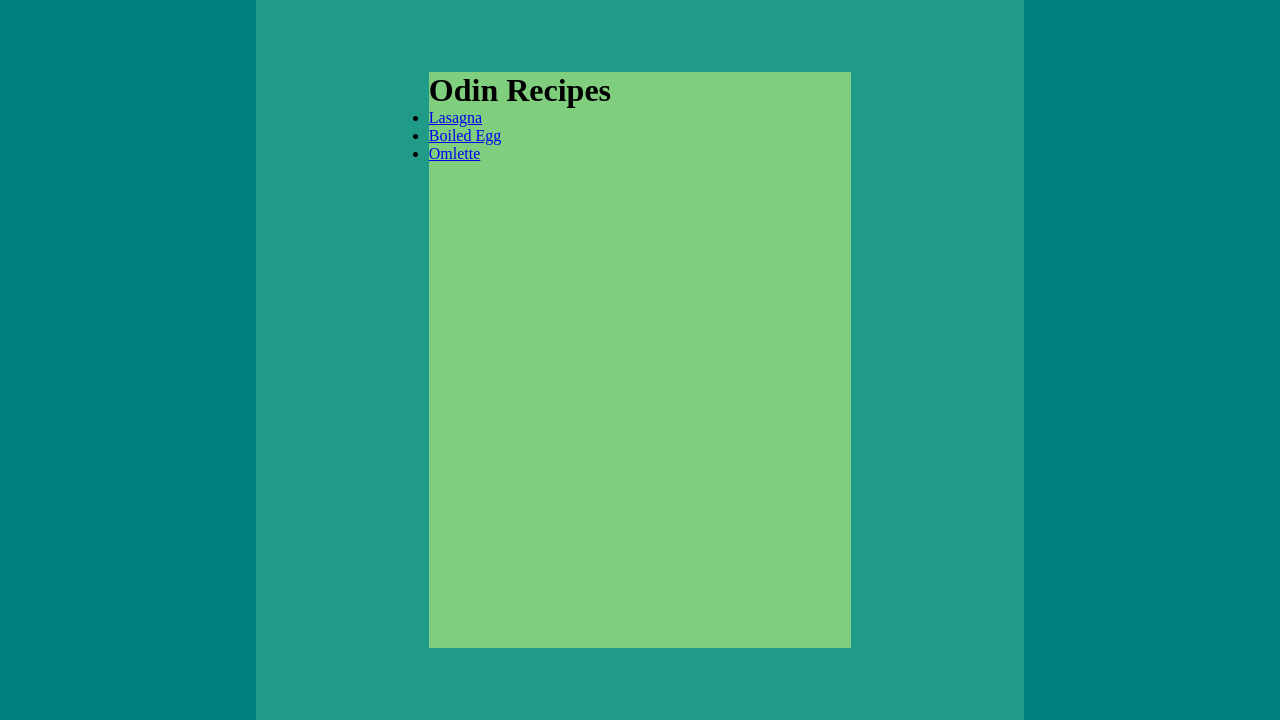
Repository: Pafestivo/odin-recipes
Page: index.html
An editor plug-in stored every save of this project. The page is shown before and after the next save, followed by the edit.
The browser window is 1280 px wide. The pictures show the whole page.

Above is the page before, as saved 2022-09-24 12:27:24.

After the next save:
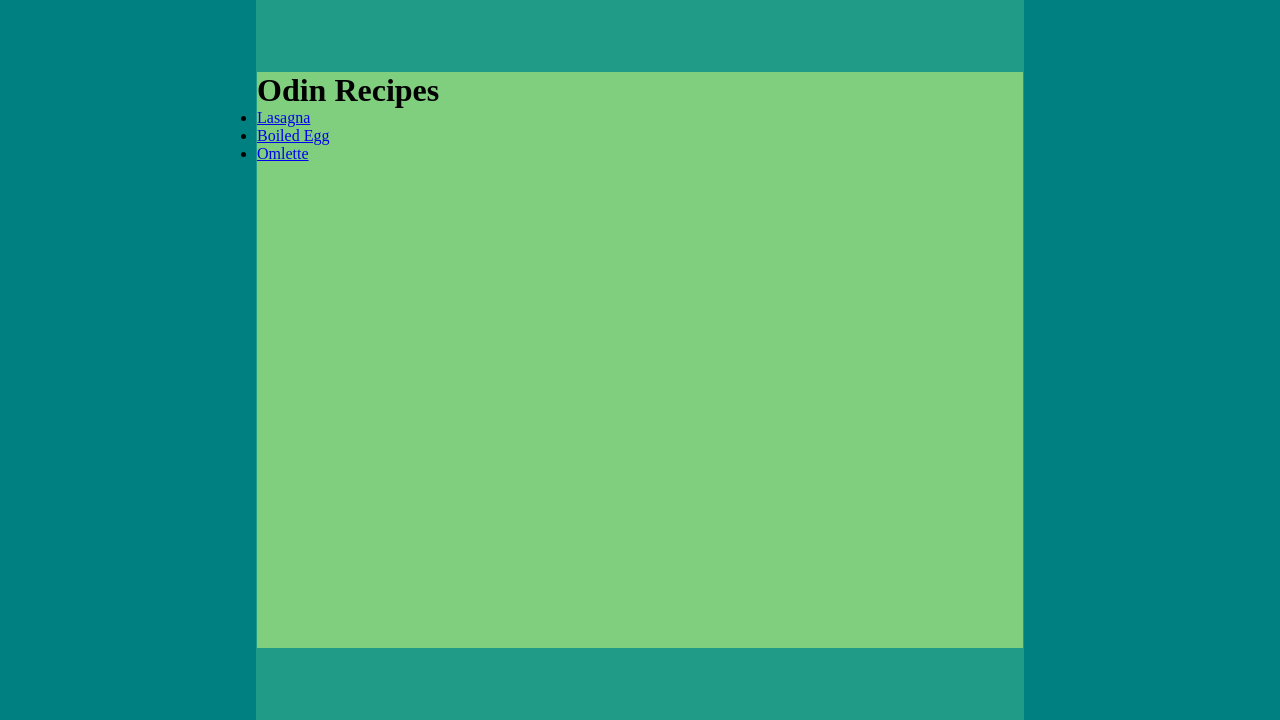
Saved 6 s later.
--- a/css/styles.css
+++ b/css/styles.css
@@ -21,7 +21,7 @@ body {
 
 .inner {
   background-color: #80CF7F;
-  width: 33vw;
+  width: 60vw;
   height: 80vh;
   margin: auto;
 }
